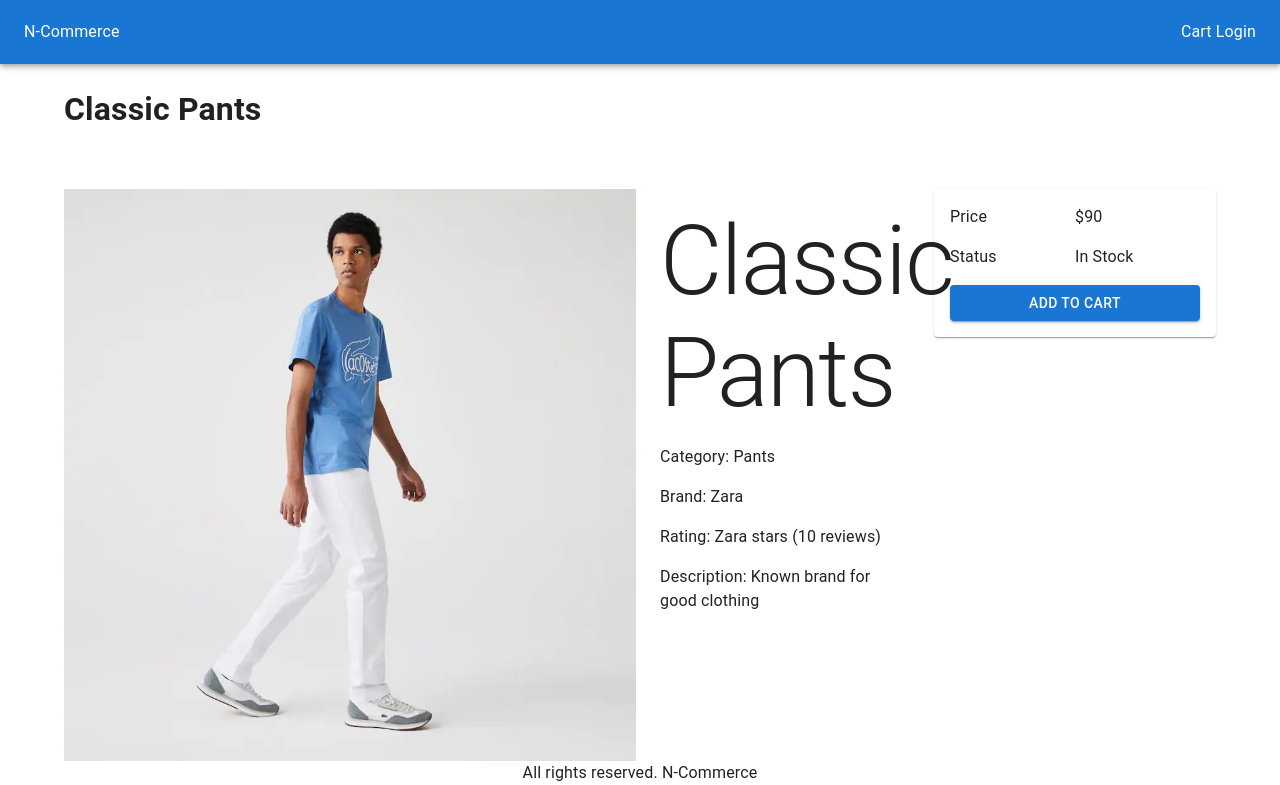
Repository: AK0493/Next-Commerce
Page: /product/classic-pants
The author's editor kept a copy of each file at every save. The page is drawn from the files as they stood at one save, then again after the next save.
The browser window is 1280 px wide. The pictures show the whole page.
The project was rebuilt for these pictures with package versions that can differ from the ones it lists, and the page was loaded fresh each time. The framework's server and built-in components were replaced by stand-ins that run in the browser. Also part of the build but not shown: next.config.js.

Above is the page before, as saved 2022-02-07 15:59:22.

### pages/_app.js
import { useEffect } from 'react';
import '../styles/globals.css';

function MyApp({ Component, pageProps }) {
  useEffect(() => {
    const jssStyles = document.querySelector('#jss-server-side');
    if (jssStyles) {
      jssStyles.parentElement.removeChild(jssStyles);
    }
  }, []);
  return <Component {...pageProps} />;
}

export default MyApp;

### pages/product/[slug].js
import { useRouter } from 'next/router';
import React from 'react';
import data from '../../utils/data';
import NextLink from 'next/link';
import {
  Button,
  Card,
  Grid,
  Link,
  List,
  ListItem,
  Typography,
} from '@mui/material';
import Layout from '../../components/Layout';
import useStyles from '../../utils/styles';
import Image from 'next/image';
export default function ProductPage() {
  const classes = useStyles();
  const router = useRouter();
  const { slug } = router.query;
  const product = data.products.find((el) => el.slug === slug);
  if (!product) {
    return (
      <div>
        <h1>Product not Found!</h1>
      </div>
    );
  }
  return (
    <Layout title={product.name} description={product.description}>
      <div className={classes.section}>
        <h1>{product.name}</h1>
        <NextLink href="/" passHref>
          <Link>Back to Home</Link>
        </NextLink>
      </div>
      <Grid container spacing={1}>
        <Grid item md={6} xs={12}>
          <Image
            src={product.image}
            alt={product.name}
            width={640}
            height={640}
            layout="responsive"
          ></Image>
        </Grid>
        <Grid item md={3} xs={12}>
          <List>
            <ListItem>
              <Typography component="h1" variant="h1">
                {product.name}
              </Typography>
            </ListItem>
            <ListItem>
              <Typography>Category: {product.category}</Typography>
            </ListItem>
            <ListItem>
              <Typography>Brand: {product.brand}</Typography>
            </ListItem>
            <ListItem>
              <Typography>
                Rating: {product.brand} stars ({product.numReviews} reviews)
              </Typography>
            </ListItem>
            <ListItem>
              <Typography>Description: {product.description}</Typography>
            </ListItem>
          </List>
        </Grid>
        <Grid item md={3} xs={12}>
          <Card>
            <List>
              <ListItem>
                <Grid container>
                  <Grid item xs={6}>
                    <Typography>Price</Typography>
                  </Grid>
                  <Grid item xs={6}>
                    <Typography>${product.price}</Typography>
                  </Grid>
                </Grid>
              </ListItem>
              <ListItem>
                <Grid container>
                  <Grid item xs={6}>
                    <Typography>Status</Typography>
                  </Grid>
                  <Grid item xs={6}>
                    <Typography>
                      {product.CountInStock > 0 ? 'In Stock' : 'UNavailible'}
                    </Typography>
                  </Grid>
                </Grid>
              </ListItem>
              <ListItem>
                <Button fullWidth variant="contained" color="primary">
                  Add to Cart
                </Button>
              </ListItem>
            </List>
          </Card>
        </Grid>
      </Grid>
    </Layout>
  );
}

### styles/globals.css
html,
body {
  padding: 0;
  margin: 0;
  font-family: -apple-system, BlinkMacSystemFont, Segoe UI, Roboto, Oxygen,
    Ubuntu, Cantarell, Fira Sans, Droid Sans, Helvetica Neue, sans-serif;
}

a {
  color: #fff !important;
  text-decoration: none !important;
  cursor: pointer;
}

* {
  box-sizing: border-box;
}

### utils/data.js
const data = {
  products: [
    {
      name: 'Free Shirt',
      slug: 'free-shirt',
      category: 'Shirts',
      image: '/images/shirt1.jpg',
      price: 90,
      brand: 'Nike',
      rating: 4.5,
      numReviews: 10,
      CountInStock: 20,
      description: 'A popular shirt',
    },
    {
      name: 'Fit Shirt',
      slug: 'fit-shirt',
      category: 'Shirt',
      image: '/images/Shirt2.jpg',
      price: 90,
      brand: 'Addidas',
      rating: 4.5,
      numReviews: 10,
      CountInStock: 20,
      description: 'A popular shirt',
    },
    {
      name: 'Slim Shirt',
      slug: 'slim-shirt',
      category: 'Shirts',
      image: '/images/shirt3.jpg',
      price: 70,
      brand: 'Raymond',
      rating: 4.5,
      numReviews: 10,
      CountInStock: 20,
      description: 'A popular shirt',
    },
    {
      name: 'Golf Pants',
      slug: 'golf-pants',
      category: 'Pants',
      image: '/images/pants1.jpg',
      price: 70,
      brand: 'Oliver',
      rating: 4.5,
      numReviews: 10,
      CountInStock: 20,
      description: 'smart looking pants',
    },
    {
      name: 'Fit Pants',
      slug: 'fit-pants',
      category: 'Pants',
      image: '/images/pants2.jpg',
      price: 90,
      brand: 'Zara',
      rating: 4.5,
      numReviews: 10,
      CountInStock: 20,
      description: 'Known brand for good clothing',
    },
    {
      name: 'Classic Pants',
      slug: 'classic-pants',
      category: 'Pants',
      image: '/images/pants3.jpg',
      price: 90,
      brand: 'Zara',
      rating: 4.5,
      numReviews: 10,
      CountInStock: 20,
      description: 'Known brand for good clothing',
    },
  ],
};

export default data;

### components/Layout.js
import {
  AppBar,
  Container,
  createTheme,
  CssBaseline,
  Link,
  Toolbar,
  Typography,
} from '@mui/material';
import Head from 'next/head';
import React from 'react';
import useStyles from '../utils/styles';
import NextLink from 'next/link';
import { ThemeProvider } from '@mui/styles';

export default function Layout({ title, description, children }) {
  const theme = createTheme({
    typography: {
      h1: {
        fontSize: '1.6rem',
        fontWeight: 400,
        margin: '1rem 0',
      },
    },
    palette: {
      primary: {
        light: '#757ce8',
        main: '#3f50b5',
        dark: '#002884',
        contrastText: '#fff',
      },
      secondary: {
        light: '#ff7961',
        main: '#f44336',
        dark: '#ba000d',
        contrastText: '#000',
      },
    },
  });

  const classes = useStyles();
  return (
    <div>
      <Head>
        <title>{title ? `${title} - Next-Commerce` : 'Next Commerce'}</title>
        {description && <meta name="description" content={description}></meta>}
      </Head>
      <ThemeProvider theme={theme}>
        <CssBaseline />
        <AppBar position="static" className={classes.navbar}>
          <Toolbar>
            <NextLink href="/">
              <Link>
                <Typography>N-Commerce</Typography>
              </Link>
            </NextLink>
            <div className={classes.grow}></div>
            <div>
              <NextLink href="/cart">
                <Link>Cart </Link>
              </NextLink>
              <NextLink href="/login">
                <Link>Login</Link>
              </NextLink>
            </div>
          </Toolbar>
        </AppBar>
        <Container className={classes.main}>{children}</Container>
        <footer className={classes.footer}>
          <Typography>All rights reserved. N-Commerce</Typography>
        </footer>
      </ThemeProvider>
    </div>
  );
}

### utils/styles.js
import { makeStyles } from '@mui/styles';

const useStyles = makeStyles({
  navbar: {
    backgroundColor: '#203040',
  },
  '& a': {
    color: '#fff',
    marginLeft: '10',
  },
  grow: {
    flexGrow: 1,
  },
  main: {
    minHeight: '80vh',
  },
  section: {
    marginTop: '10px',
    marginBottom: '10px',
  },
  footer: {
    textAlign: 'center',
  },
});
export default useStyles;

After the next save:
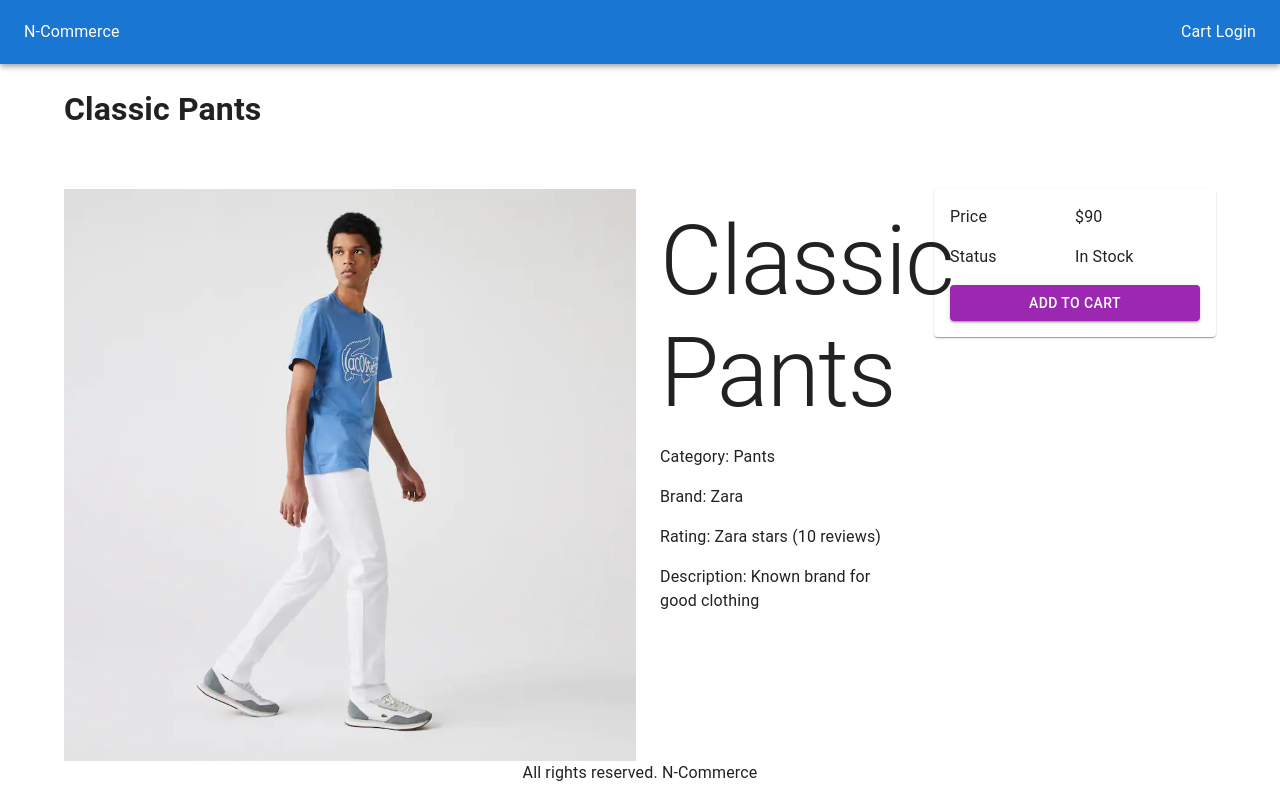
Saved 80 s later.
--- a/pages/product/[slug].js
+++ b/pages/product/[slug].js
@@ -93,7 +93,7 @@
                 </Grid>
               </ListItem>
               <ListItem>
-                <Button fullWidth variant="contained" color="primary">
+                <Button fullWidth variant="contained" color="secondary">
                   Add to Cart
                 </Button>
               </ListItem>

After the save that followed:
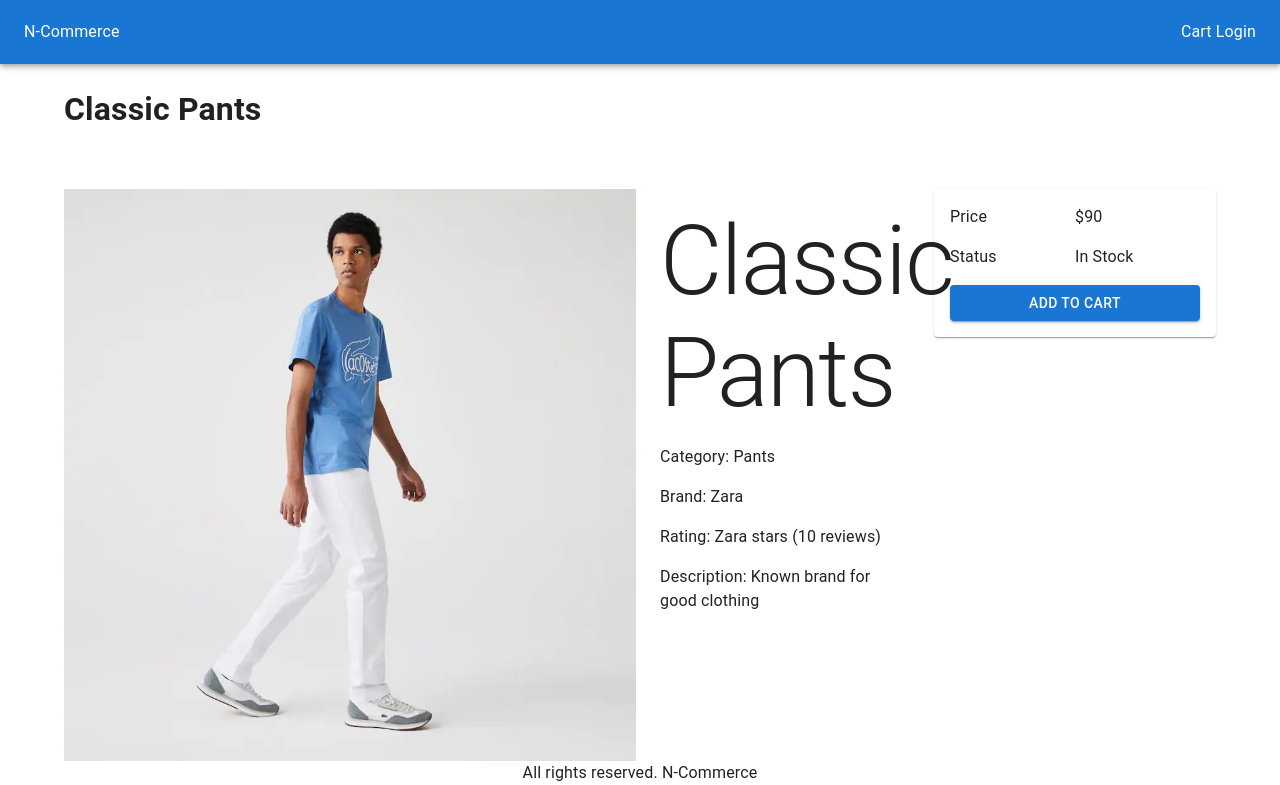
Saved 9 s later.
--- a/pages/product/[slug].js
+++ b/pages/product/[slug].js
@@ -93,7 +93,7 @@
                 </Grid>
               </ListItem>
               <ListItem>
-                <Button fullWidth variant="contained" color="secondary">
+                <Button fullWidth variant="contained" color="primary">
                   Add to Cart
                 </Button>
               </ListItem>
